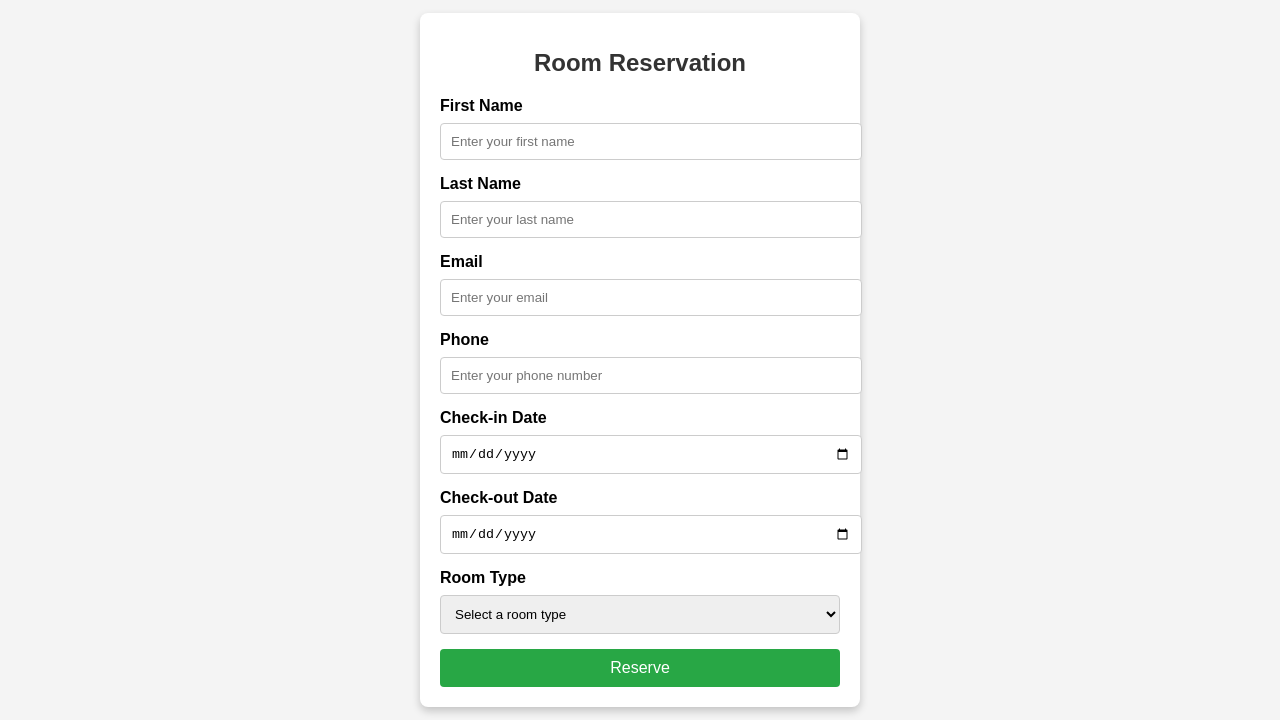
Repository: Trikisalem/examentp_jakarta
Page: http://localhost/hotel/admin/reservation.jsp
An editor plug-in stored every save of this project. The page is shown before and after the next save, followed by the edit.
The browser window is 1280 px wide. The pictures show the whole page.
The page is served by Tomcat 10.

Above is the page before, as saved 2024-12-13 16:33:03.

After the next save:
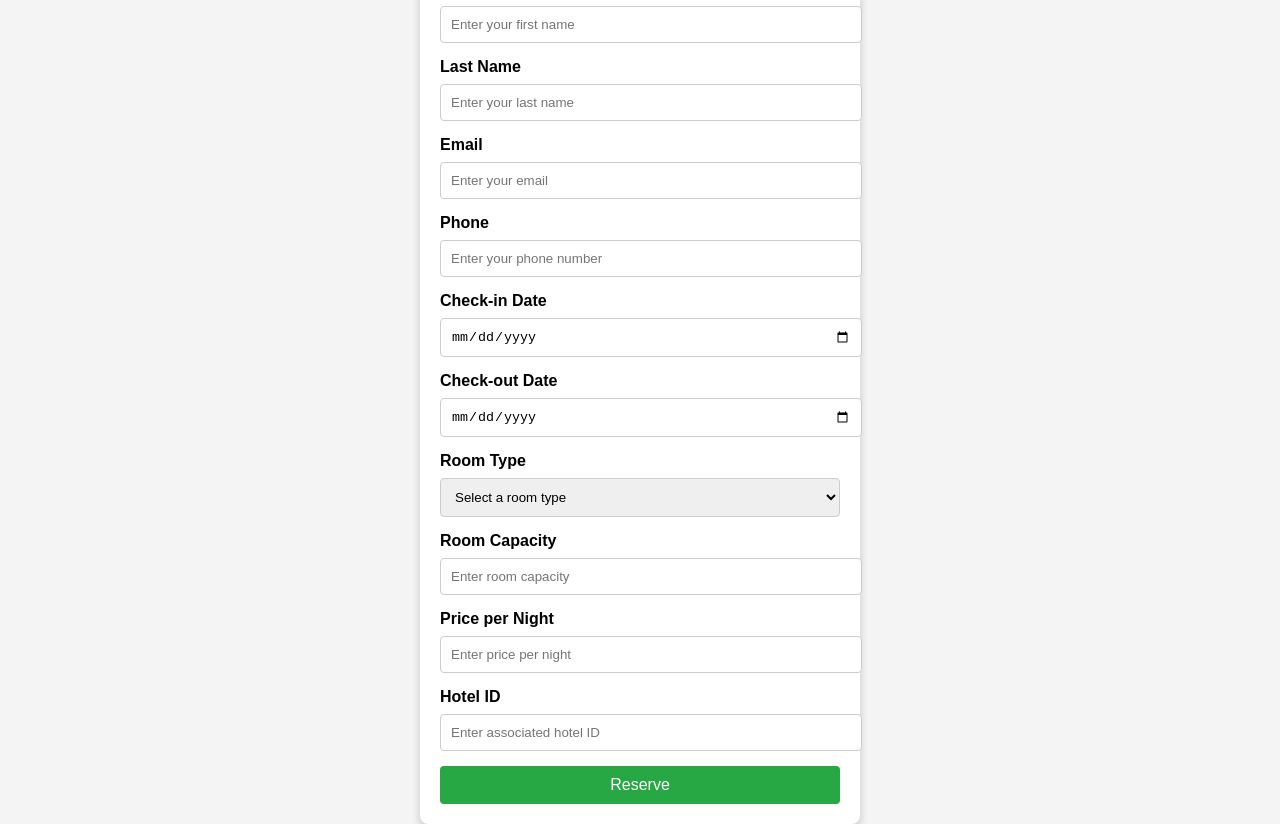
Saved 9 min 26 s later.
--- a/hotel/src/main/webapp/admin/reservation.jsp
+++ b/hotel/src/main/webapp/admin/reservation.jsp
@@ -92,10 +92,19 @@
         <label for="room_type">Room Type</label>
         <select id="room_type" name="room_type" required>
             <option value="">Select a room type</option>
-            <option value="1">Single Room</option>
-            <option value="2">Double Room</option>
-            <option value="3">Suite</option>
+            <option value="garden_view">Garden View Room</option>
+            <option value="sea_view">Sea View Room</option>
+            <option value="bungalow">Bungalow</option>
         </select>
+
+        <label for="capacity">Room Capacity</label>
+        <input type="number" id="capacity" name="capacity" min="1" placeholder="Enter room capacity" required>
+
+        <label for="price">Price per Night</label>
+        <input type="number" id="price" name="price" min="1" placeholder="Enter price per night" required>
+
+        <label for="hotel_id">Hotel ID</label>
+        <input type="number" id="hotel_id" name="hotel_id" min="1" placeholder="Enter associated hotel ID" required>
 
         <button type="submit">Reserve</button>
     </form>
